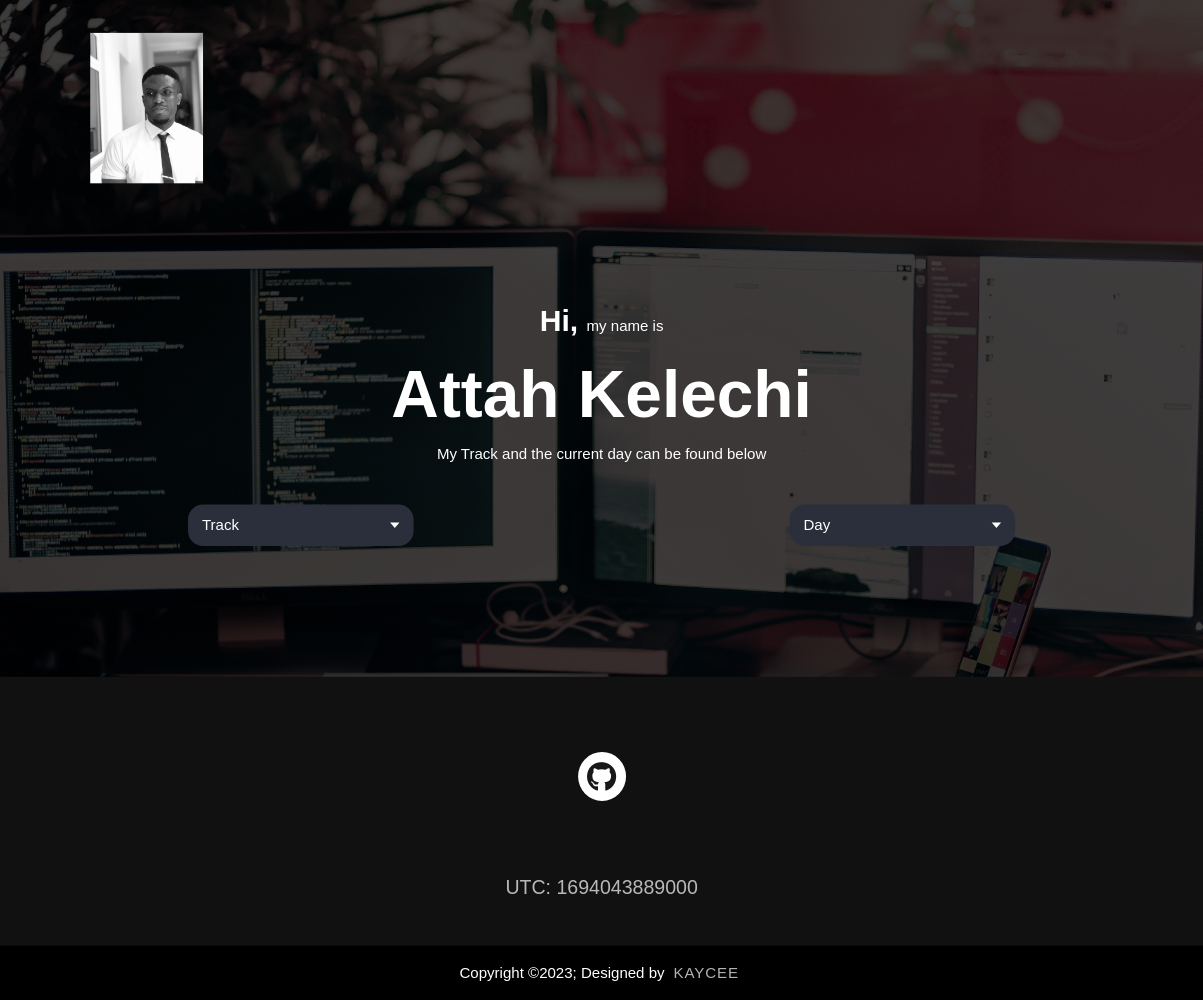
Repository: Kaycee-attah/HNG-Internship_2023
Page: index.html
The author's editor kept a copy of each file at every save. The page is drawn from the files as they stood at one save, then again after the next save.
The browser window is 1280 px wide. The pictures show the whole page, at 94% of full size.

Above is the page before, as saved 2023-09-07 13:07:47.

### index.html
<!DOCTYPE html>
<html lang="en">
<head>
    <meta charset="UTF-8">
    <meta name="viewport" content="width=device-width, initial-scale=1.0">
    <title>How to make a website - Easy tutorial</title>
    <link rel="stylesheet" href="style.css">
    <link rel="stylesheet" href="https://cdnjs.cloudflare.com/ajax/libs/font-awesome/6.4.2/css/all.min.css" integrity="sha512-z3gLpd7yknf1YoNbCzqRKc4qyor8gaKU1qmn+CShxbuBusANI9QpRohGBreCFkKxLhei6S9CQXFEbbKuqLg0DA==" crossorigin="anonymous" referrerpolicy="no-referrer" />
</head>
<body>
    <div class="banner">
        <div class="navbar">
            <img class="logo" src="slack_DP.JPG" alt="Kaycee" data-testid="slackDisplayImage">
            <!-- <ul>
                <li><a href="#">Home</a></li>
                <li><a href="#">Bedroom</a></li>
                <li><a href="#">Dining</a></li>
                <li><a href="#">Kitchen</a></li>
                <li><a href="#">Backyard</a></li>
            </ul> -->
        </div>
    </div>
    <div class="content">
        <h2>Hi, <span class="text"> my name is</span></h2>
        <h1 data-testid="slackUserName">Attah Kelechi</h1>
        <span class="text-sm">My Track and the current day can be found below</span>

        <div class="track_info">
            <div class="dropdown">
                <div class="select">
                    <span class="selected">Track</span>
                    <div class="caret"></div>
                </div>
                <ul class="menu">
                    <li data-testid="myTrack">Frontend </li>

                </ul>

                <!-- <button type="button"><span class="btn"></span> MORE</button>
                <button type="button"><span class="btn"></span>SUBSCRIBE</button> -->
            </div>
            <div class="dropdown">
                <div class="select">
                    <span class="selected">Day</span>
                    <div class="caret"></div>
                </div>
                <ul class="menu">
                    <li data-testid="currentDayOfTheWeek">Day of the week </li>

                </ul>

                <!-- <button type="button"><span class="btn"></span> MORE</button>
                <button type="button"><span class="btn"></span>SUBSCRIBE</button> -->
            </div>
        </div>


    </div>
    <footer>
        <div class="footer_Container">
            <div class="social-icon">
                <a href=""><i class="fa-brands fa-github"></i></a>
            </div>

        </div>
        <div class="footer_Info">
            <ul>
                <li data-testid="currentUTCTime">UTC: </li>

            </ul>
        </div>
        <div class="footer_Bottom">
            <p>Copyright &copy;2023; Designed by <span class="designer">Kaycee</span></p>
        </div>
    </footer>

    <script src="script.js"></script>
</body>

</html>

### style.css
*{
    margin: 0;
    padding: 0;
    font-family: sans-serif;

}
body{
    background-image: linear-gradient(rgba(0,0,0,0.75), rgba(0,0,0,0.75)), url(IMG_6759.JPG);
    background-size: cover;
    background-position: center;
}

.banner{
    width: 100%;
    height: 100vh;


}
.navbar{
    width: 85%;
    margin: auto;
    padding: 35px 0;
    display: flex;
    align-items: center;
    justify-content: space-between;
}
.logo{
    width: 120px;
    cursor: pointer;
}
.navbar ul li{
    list-style: none;
    display: inline-block;
    margin: 0 20px;
    position: relative;
}
.navbar ul li a{
    text-decoration: none;
    color: #fff;
    text-transform: uppercase;
}
.navbar ul li::after{
    content: "";
    height: 3px;
    width: 0;
    background: #009688;
    position: absolute;
    left: 0;
    bottom: -10px;
    transition: 0.5s;
}
.navbar ul li:hover::after{
    width: 100%;
}
.content{
    width: 100%;
    position: absolute;
    top: 65%;
    transform: translateY(-50%);
    text-align: center;
    color: #fff;
}
.content h1{
    font-size: 70px;
    margin-top: 20px;
    /* margin-bottom: 10px; */
}
.content h2{
    font-size: 2.0em;
    /* margin-top: 20px; */
}
.content p{
    margin: 20px auto;
    font-weight: 100;
    line-height: 25px;
}
.text{
    margin: 0;
    font-weight: 20;
    font-size: medium;
    line-height: 5px;
}
.text-sm{
    /* margin: 35px auto; */
    font-weight: 10;
    font-size: 16px;
    line-height: 45px;
}
.track_info {
    display: flex;
    justify-content: space-around;
    align-items: center;
}
.dropdown{
    min-width: 15em;
    position: relative;
    margin: 2em;
    /* display: flex;
    justify-content: space-between;
    align-items: center; */

}
.dropdown *{
    box-sizing: border-box;
}

.select{
    background: #2a2f3b;
    color: #fff;
    display: flex;
    justify-content: space-between;
    align-items: center;
    border: 2px #2a2f3b solid;
    border-radius: 1em;
    cursor: pointer;
    transition: background 0.3s;
    padding: 0.7em 0.8em;
}
.select-clicked{
    border: 2px #26489a solid;
    box-shadow: 0 0 0.8em #26489a;
    display: flex;
    justify-content: space-between;


}

.select:hover{
    background: #323741;
}

.caret{
    width: 0;
    height: 0;
    border-left: 5px solid transparent;
    border-right: 5px solid transparent;
    border-top: 6px solid #fff;
    transition: 0.3s;
}

.caret-rotate{
    transform: rotateX(180deg);

}

.selected-rotate{
    transform: rotateX(180deg);

}

.menu{
    list-style: none;
    padding: 0.2em 0.5em;
    background: #323741;
    border: 1px #363a43 solid;
    box-shadow: 0 0.5em 1em rgba(0, 0, 0, 0.2);
    border-radius: 0.5em;
    color: #9fa5b5;
    position: absolute;
    width: 100%;
    top: 4em;
    min-height: auto;
    left: 50%;
    transform: translateX(-50%);
    opacity: 0;
    display: none;
    transition: 0.2s;
    z-index: 1;
    transition: 0.5s;
}

.menu li{
    padding: 0.7em 0.5em;
    margin: 0.3em 0;
    border-radius: 0.5em;
}

.menu li:hover{
    background: #2a2d35;
}

.menu-open{
    display: block;
    opacity: 1;
    transition: 0.5s;
}

footer{
    background-color: #111;
    width: 100%;
}
.footer_Container{
    /* width: 100%; */
    padding: 70px 30px 20px;
}
.social-icon{
    display: flex;
    justify-content: center;
}
.social-icon a{
    text-decoration: none;
    padding: 10px;
    background-color: white;
    margin: 10px;
    border-radius: 50%;
}
.social-icon a i{
    font-size: 2em;
    color: black;
    opacity: 0.9;
}


.social-icon a:hover{
    background-color: #111;
    transition: 0.5s;
}
.social-icon a:hover i{
    background-color: white;
    transition: 0.5s;
}
.footer_Info{
    margin: 30px 0;
}
.footer_Info ul{
    display: flex;
    justify-content: space-around;
}
.footer_Info ul li{
    color: white;
    margin: 20px;
    text-decoration: none;
    list-style: none;
    font-size: 1.3em;
    opacity: 0.7;
    transition: 0.5s;
}

.footer_Bottom {
    background-color: #000;
    padding: 20px;
    text-align: center;
}
.footer_Bottom p{
    color: white;

}
.designer{
    opacity: 0.7;
    text-transform: uppercase;
    letter-spacing: 1px;
    font-weight: 400;
    margin: 0px 5px;
    /* position: fixed; */
}

@media (max-width: 700px){
    .content{
        top: 75%;
        display: flex;
        flex-direction: column;

    }
    .track_info {
        display: flex;
        flex-direction: column;
        justify-content: space-between;
    }
    .menu{
        top: 3em;
        margin-bottom: 20px;
    }
    footer{
        margin-top: 140px;
    }
    .footer_Info ul{
        flex-direction: column;
    }
    .footer_Info ul li{
        width: 100%;
        text-align: center;
        margin: 10px 0;
    }
}





/* button{
    width: 200px;
    padding: 15px 0;
    text-align: center;
    margin: 20px 10px;
    border-radius: 25px;
    font-weight: bold;
    border: 2px solid #009688;
    background: transparent;
    color: #fff;
    cursor: pointer;
    position: relative;
    overflow: hidden;
}
.btn{
    background: #009688;
    height: 100%;
    width: 0;
    border-radius: 25px;
    position: absolute;
    left: 0;
    bottom: 0;
    z-index: -1;
    transition: 0.5s;
}
button:hover span{
    width: 100%;
} */

### script.js
const now = new Date();
const day = now.getDay();
const hours = now.getHours();
const minutes = now.getMinutes();
const UTCtimeStamp = now.getTime();
const GMTdate_and_time = now.toUTCString();
const daysOfWeek = [
    "Sunday",
    "Monday",
    "Tuesday",
    "Wednesday",
    "Thursday",
    "Friday",
    "Saturday"
]
const today = daysOfWeek[day];
const UTC = now.getUTCMilliseconds();
console.log("Current day of the week:", today)
console.log("UTC:", UTC)

console.log("UTCtimeStamp:", UTCtimeStamp)
console.log("GMTdate_and_time:", GMTdate_and_time)

const dropdowns = document.querySelectorAll('.dropdown');
const currentDayOfTheWeek = document.querySelector('[data-testid="currentUTCTime"]');
currentDayOfTheWeek.innerHTML = today
console.log(currentDayOfTheWeek.innerHTML)

const currentUTCtimeStamp = document.querySelector('[data-testid="currentUTCTime"]');
currentUTCtimeStamp.innerHTML =  `UTC: ${UTCtimeStamp}`




dropdowns.forEach(dropdown => {
    const select = dropdown.querySelector('.select');
    const caret = dropdown.querySelector('.caret');
    const menu = dropdown.querySelector('.menu');
    const options = dropdown.querySelector('.menu li');
    const selected = dropdown.querySelector('.selected');


    select.addEventListener('click', () => {
        select.classList.toggle('select-clicked');
        select.classList.toggle('caret-rotate');
        selected.classList.toggle('selected-rotate');
        menu.classList.toggle('menu-open');
    })

    // options.forEach(option => {
    //     option.addEventListener('click', () => {
    //         // select.classList.toggle('select-clicked');
    //         select.classList.remove('select-clicked')
    //         caret.classList.remove('caret-rotate');
    //         menu.classList.remove('menu-open');


    //     })
    // })
})

After the next save:
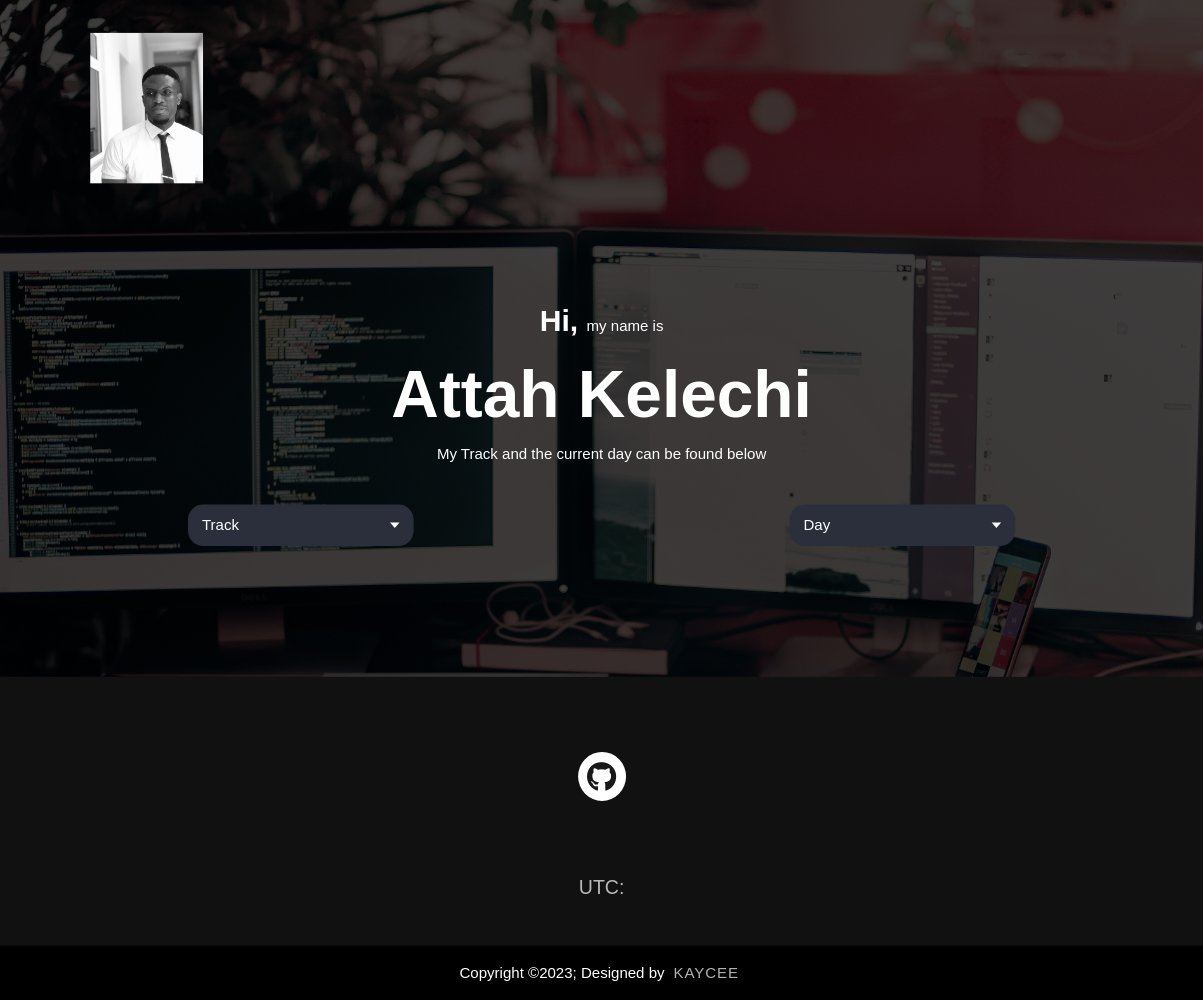
Console error (its wording comes from the project's code and is left out).
Saved 94 s later.
--- a/script.js
+++ b/script.js
@@ -22,7 +22,7 @@
 console.log("GMTdate_and_time:", GMTdate_and_time)
 
 const dropdowns = document.querySelectorAll('.dropdown');
-const currentDayOfTheWeek = document.querySelector('[data-testid="currentUTCTime"]');
+const currentDayOfTheWeek = document.querySelector('data-testid="currentDayOfTheWeek"]');
 currentDayOfTheWeek.innerHTML = today
 console.log(currentDayOfTheWeek.innerHTML)
 

After the save that followed:
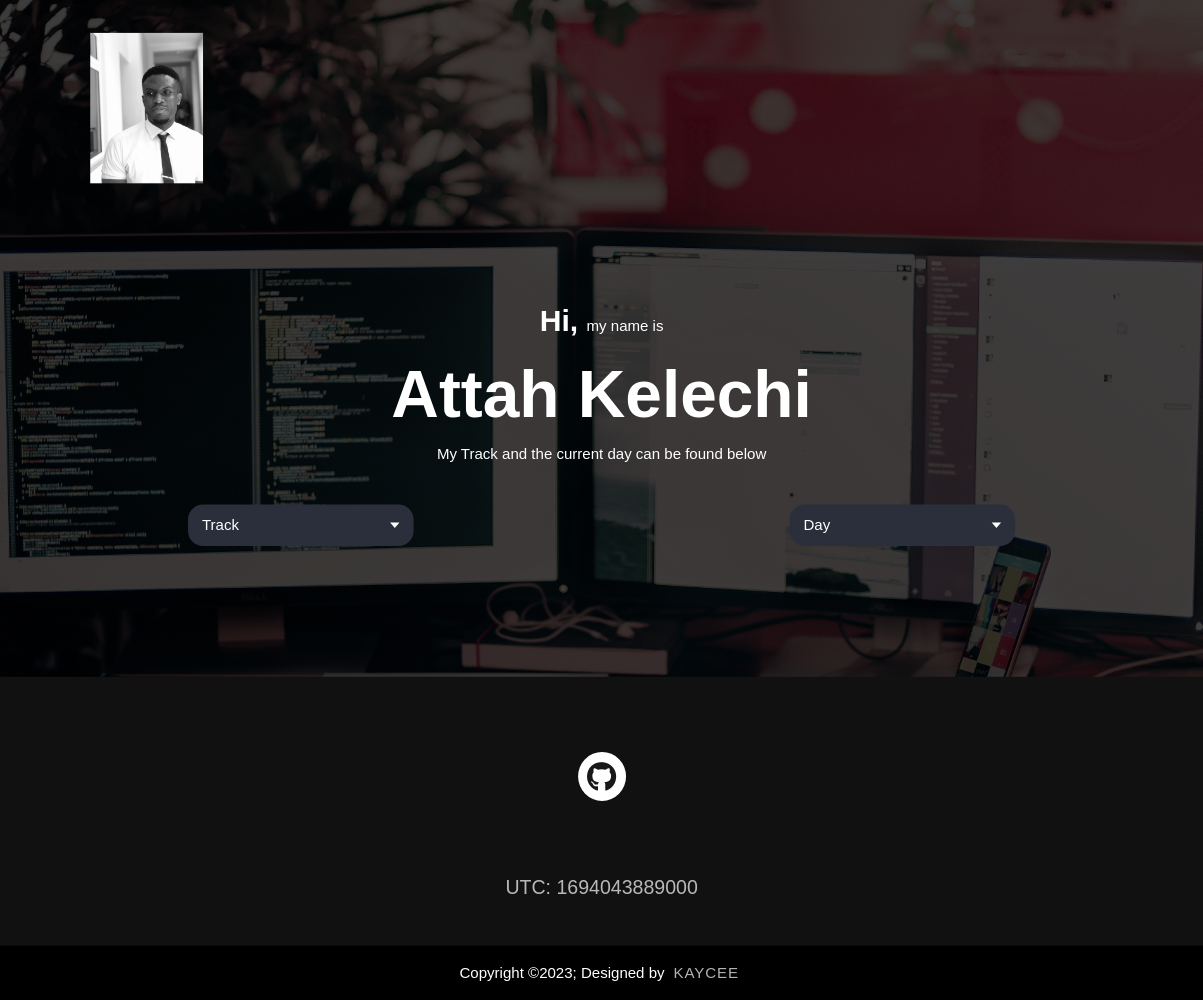
The error is gone.
Saved 23 s later.
--- a/script.js
+++ b/script.js
@@ -22,7 +22,7 @@
 console.log("GMTdate_and_time:", GMTdate_and_time)
 
 const dropdowns = document.querySelectorAll('.dropdown');
-const currentDayOfTheWeek = document.querySelector('data-testid="currentDayOfTheWeek"]');
+const currentDayOfTheWeek = document.querySelector('[data-testid="currentDayOfTheWeek"]');
 currentDayOfTheWeek.innerHTML = today
 console.log(currentDayOfTheWeek.innerHTML)
 
